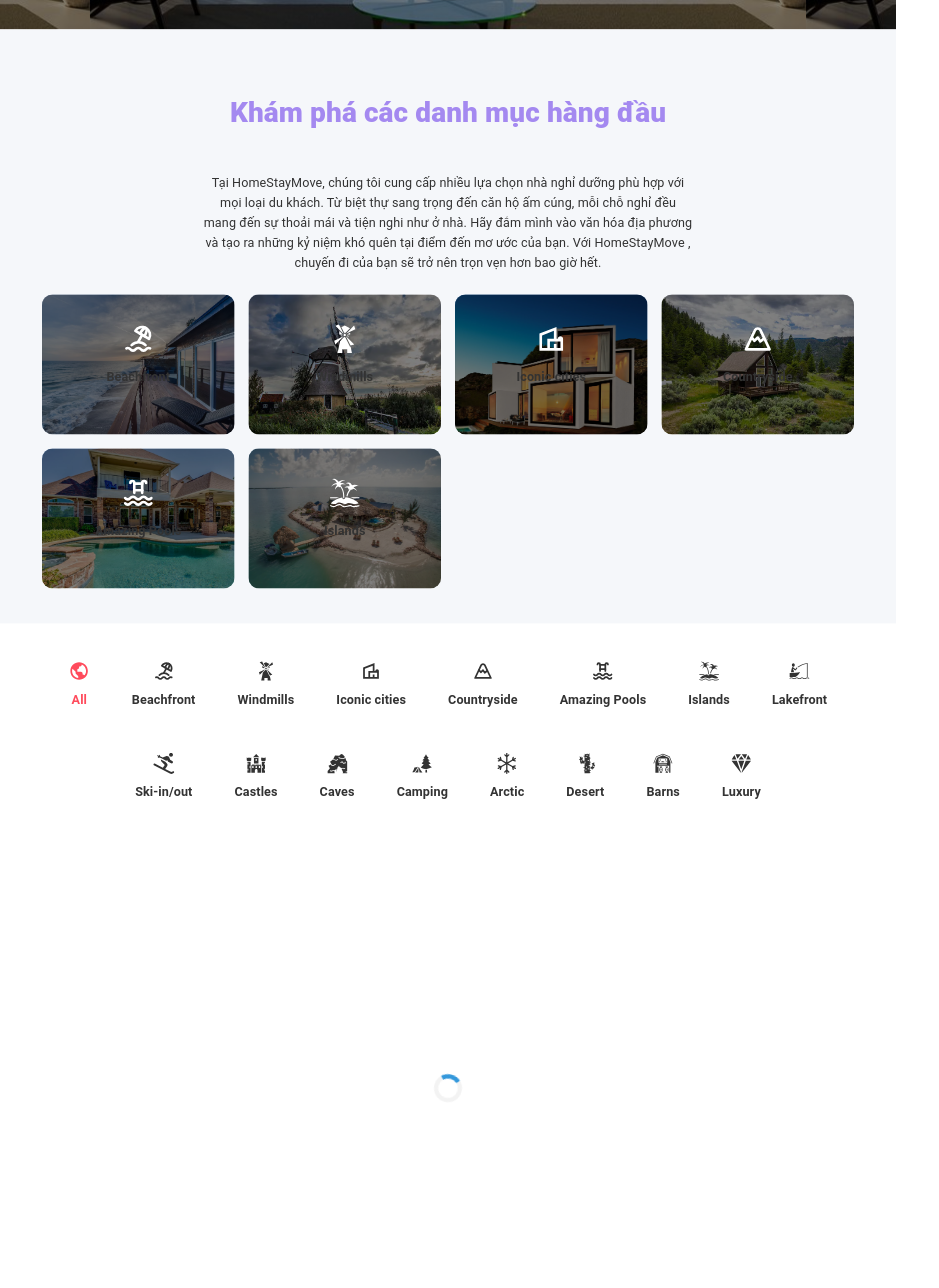
Repository: minhquang203/Homestay
Page: / (app in client/)
An editor plug-in stored every save of this project. The page is shown before and after the next save, followed by the edit.
The browser window is 1280 px wide. The page is 1342 px wide, so the pictures cover 1342 px, including what lies to the right of the window. The pictures show the part of the page from y = 662 to 2502 px (the page is 2773 px tall before and 2879 px after), at 70% of full size.
The page's requests for data from a server got no answer. The project was rebuilt for these pictures with package versions that can differ from the ones it lists, and the page was loaded fresh each time. No one was signed in, and anything a server would have sent is missing. Also part of the build but not shown: client/src/styles/ListingCard.scss, client/src/components/ListingCard.jsx, client/src/styles/variable.scss, client/src/styles/List.scss, client/src/pages/CategoryPage.jsx, client/src/styles/CreateListing.scss, client/src/pages/CreateListing.jsx, client/src/styles/ListingDetails.scss and 17 more.

Above is the page before, as saved 2025-04-03 23:56:25.

After the next save:
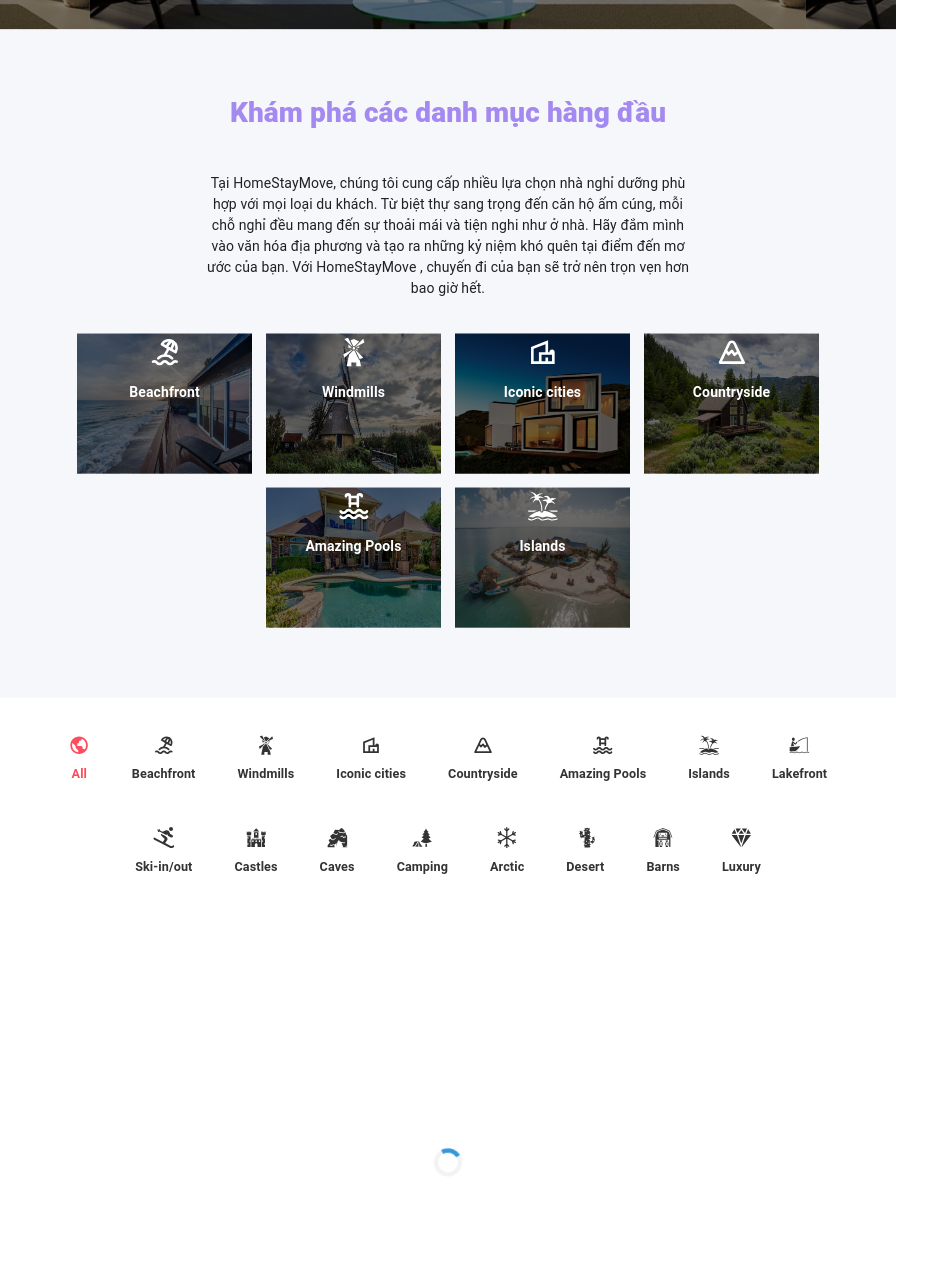
Saved 17 s later.
--- a/client/src/styles/Categories.scss
+++ b/client/src/styles/Categories.scss
@@ -9,6 +9,7 @@
   text-align: center;
   background-color: $lightgrey;
 
+
   h1 {
     color: $blue;
     font-size: 40px;
@@ -18,17 +19,15 @@
 
   p {
     max-width: 700px;
-    font-size: 18px;
-    color: $darkgrey;
-    line-height: 1.6;
-    margin-bottom: 30px;
+    font-size: 20px;
   }
 
   .categories_list {
-    display: grid;
-    grid-template-columns: repeat(auto-fit, minmax(250px, 1fr));
+    display: flex;
+    flex-wrap: wrap;
+    padding: 50px 0;
+    justify-content: center;
     gap: 20px;
-    width: 100%;
 
     a {
       text-decoration: none;
@@ -39,61 +38,44 @@
       display: flex;
       justify-content: center;
       align-items: center;
-      width: 100%;
+      width: 250px;
       height: 200px;
-      overflow: hidden;
-      border-radius: 15px;
       cursor: pointer;
-      transition: transform 0.3s ease, box-shadow 0.3s ease;
 
       img {
         position: absolute;
         width: 100%;
         height: 100%;
-        object-fit: cover;
-        transition: transform 0.3s ease;
       }
 
       .overlay {
         position: absolute;
         width: 100%;
         height: 100%;
-        background-color: rgba(0, 0, 0, 0.5);
-        transition: background-color 0.3s ease;
-        display: flex;
-        justify-content: center;
-        align-items: center;
+        background-color: rgba(0, 0, 0, 0.55);
+        transition: 0.3s ease-in-out;
       }
 
-      .category_text {
+      &_text {
         position: relative;
         color: white;
-        text-align: center;
-        z-index: 2;
 
         &_icon {
           font-size: 45px;
-          margin-bottom: 10px;
         }
 
         p {
-          font-size: 18px;
           font-weight: 600;
         }
       }
 
       &:hover {
-        transform: translateY(-5px);
-        box-shadow: 0 10px 20px rgba(0, 0, 0, 0.2);
-
-        img {
-          transform: scale(1.1);
-        }
-
         .overlay {
-          background-color: rgba(0, 0, 0, 0.7);
+          width: 80%;
+          height: 80%;
         }
       }
+
     }
   }
 }
